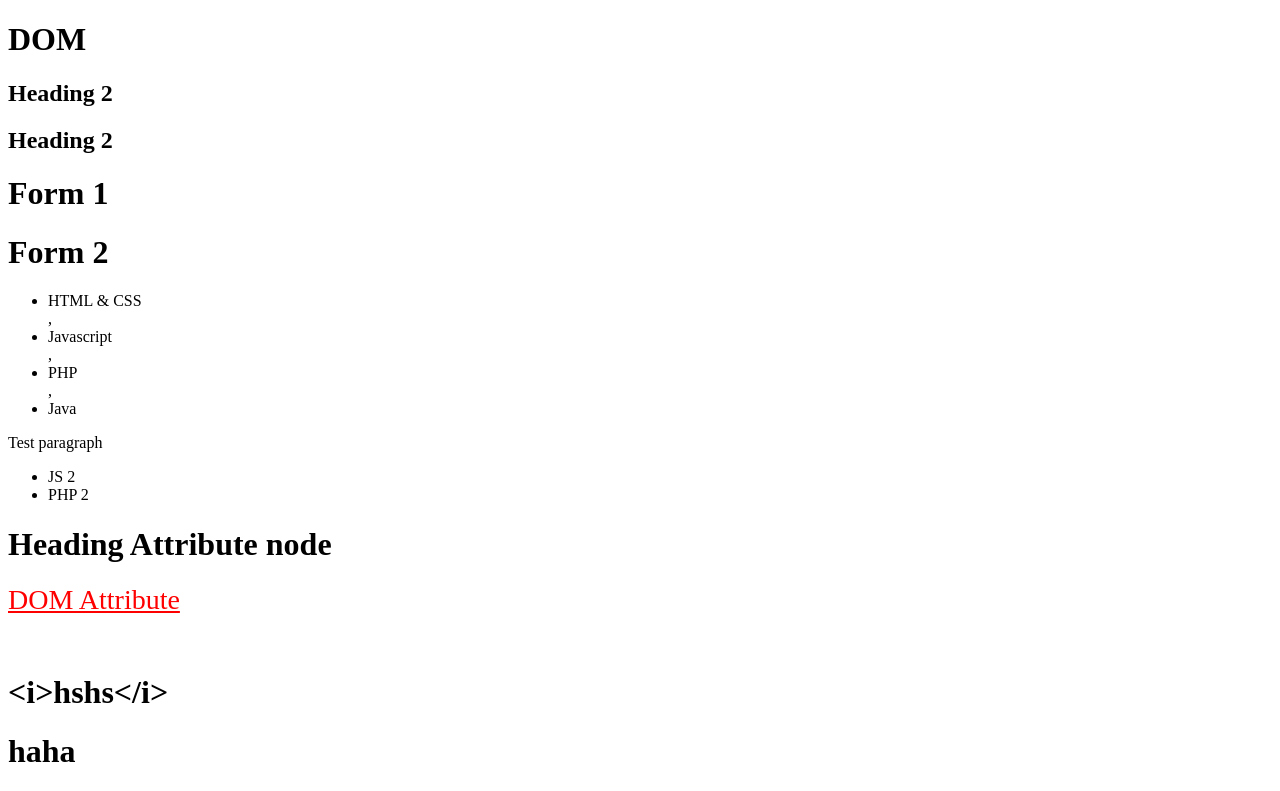
Repository: tannv3201/learn_JS_F8
Page: DOM/index.html
The author's editor kept a copy of each file at every save. The page is drawn from the files as they stood at one save, then again after the next save.
The browser window is 1280 px wide. The pictures show the whole page.

Above is the page before, as saved 2022-08-08 13:20:45.

### DOM/index.html
<!DOCTYPE html>
<html lang="en">

<head>
  <meta charset="UTF-8" />
  <meta http-equiv="X-UA-Compatible" content="IE=edge" />
  <meta name="viewport" content="width=device-width, initial-scale=1.0" />
  <title>DOM</title>
</head>

<body>
  <h1 id="heading">DOM</h1>
  <h2 class="sub-heading"></h2>
  <h2 class="sub-heading"></h2>
  <h2 class="sub-heading"></h2>
  <p></p>
  <p></p>
  <div class="box">
    <h2 class="heading-2">Heading 2</h2>
    <h2 class="heading-2">Heading 2</h2>
  </div>

  <form action="" id="form1">
    <h1>Form 1</h1>
  </form>
  <form action="" id="form2">
    <h1>Form 2</h1>
  </form>

  <a href="" name="youtube"></a>

  <div class="box-1">
    <ul>
      <li>JS 1</li>
      <li>PHP 1</li>
    </ul>
    <p>Test paragraph</p>
  </div>
  <div class="box-2">
    <ul>
      <li>JS 2</li>
      <li>PHP 2</li>
    </ul>
  </div>

  <div class="box-attr">
    <h1 id="heading-attr" class="heading-attr" title="Heading">
      Heading Attribute node
    </h1>
  </div>

  <a id="dom-attr" contenteditable="">
    DOM Attribute
  </a>

  <h1 class="heading-innertext">
    Heading Text
    <style>
      .boxx {
        width: 100px;
        height: 100px;
      }
    </style>
  </h1>

  <!-- innerHTML & outerHTML -->
  <div class="box-element">

  </div>
  <ul class="courses-list">

  </ul>
  <script src="./main.js"></script>
</body>

</html>

### DOM/main.js
/**
 * DOM:
  Là quy chuẩn mô tả mô hình của các thành phần trong tài liệu HTML được đưa ra bởi W3C.
 - DOM (Document Object Model) có 3 thành phần:
    1. Element
    2. Attribute
    3. Text
 */

/**
 * DOM API
 Là bộ API nằm trong Web API có mặt trên những môi trường hỗ trợ duyệt web - như trên trình duyệt. DOM API cung cấp các đối tượng và phương thức hỗ trợ truy xuất, chỉnh sửa các đối tượng / thành phần trong DOM.
 */

/**
 * JS cung cấp phương tiện truy xuất HTML DOM
 * JS: Brower | Server (NodeJS)
 * Brower: HTML -> DOM -> DOM API
 * API: Application Programming Interface
 */

/**
 * Document object
 */

// Get element methods
// ID
// var headingNode = document.getElementById('heading')
// console.log(headingNode)

// query selector
var headingNode = document.querySelector('.box .heading-2:nth-child(2)')
console.log('querySelector', headingNode)

var headingNodes = document.querySelectorAll('.heading-2')
console.log('querySelectorAll', headingNodes)
console.log('querySelectorAll[]',headingNodes[0])

// Collection (a, form, images, ...)
console.log('document.forms[\'form1\']',document.forms['form1'])
console.log('document.forms',document.forms)
console.log('document.forms.form2', document.forms.form2)
console.log('document.anchors',document.anchors) // trả về các thẻ a có attribute name=""


// class: lấy ra số nhiều (mảng)
var subHeadingNodes = document.getElementsByClassName('sub-heading')
console.log('getElementsByClassName', subHeadingNodes)

// tag : tương tự như class
var tagName = document.getElementsByTagName('p')
console.log(tagName)


// Ví dụ
var boxNode =
    document.querySelector('.box-1');
// Công việc 1: sử dụng `boxNode`
console.log(boxNode)

// Công việc 2: sử dụng tới các li element là con của `.box-1`
console.log(boxNode.querySelectorAll('li'))
console.log(boxNode.querySelector('p'))

// 1. getElementById: trả về trực tiếp Element
// 2. getElementsByClassName: trả về HTMLCollection (mảng), muốn get Element phải dùng index []
console.log('querySelectorAll[]',headingNodes[0])
// 3. getElementsByTagName: trả về HTMLCollection (mảng)
// 4. querySelector: trả về trực tiếp Element
// 5. querySelectorAll: trả về NodeList
// 6. HTML Collection (form, a, images, ...)
console.log('document.forms',document.forms)
console.log('document.forms[\'form1\']',document.forms['form1'])
console.log('document.forms[O]',document.forms[0])
console.log('document.forms.form2', document.forms.form2)

// 7. document.write: in ra ngay sau khi được thực thi

//*******************************************************************

// Attribute node & Text node
// Được lấy ra từ node Element

// ******************************************************************
// DOM attributes

// seter: set giá trị bằng toán tử gán
var domAttr = document.querySelector('#dom-attr')
domAttr.title = 'heading' //chỉ xuất hiện khi js được thực thi
domAttr.className = 'className'
domAttr.href = '#'
console.log(domAttr)

// Set attribute không hợp lệ cho một Element nào đó (set tùy biến)
// setAttribute(tên attr, giá trị của attr)
domAttr.setAttribute('alt', '#')

// get value của attribute
// Được thêm HTML hay JS element tồn tại trong DOM -> đều có thể get được
//
console.log(domAttr.getAttribute('id'))
console.log(domAttr.getAttribute('title'))
console.log(domAttr.title) // chỉ dùng khi attribute hợp lệ
domAttr.setAttribute('style','font-size:28px; color:red;')


// *****************************************************************
// InnerText vs textContent Property:

// innerText: là thuộc tính của ElementNode (phải đi qua Node này)
// innerText:
// Chỉ lấy ra những gì hiển thị trên trình duyệt
// dùng ES6 ``. các khoảng cách sẽ chuyển thành thẻ <br>
var headingElement = document.querySelector('.heading-innertext')
console.log('inner Text: ',headingElement.innerText)
// headingElement.innerText = 'New Heading'

// textContent
// Bỏ qua các tag nhưng vẫn Lấy ra khoảng cách thực sự của Element, kể cả là css
// dùng ES6 ``. vẫn hiển thị khoảng cách nhưng HTML không hiểu

console.log('text Content: ',headingElement.textContent)
 headingElement.innerText = `
 <i>hshs</i>`
console.log('inner Text: ',headingElement.innerText)


// ******************************************************************
// Thêm attributeNode, textNode, Element vào trong 1 Element trong DOM
// innerHTML & outerHTML là 2 thuộc tính của ElementNode
// InnerHTML
    var boxElement = document.querySelector('.box-element');
    boxElement.innerHTML = '<h1 style="color:red;">Đây là inner HTML</h1>' //Thêm trực tiếp dưới dạng ElementNode, bỏ tag đi sẽ thành textNode
    console.log(boxElement.querySelector('h1').innerText)

// OuterHTML

    // Bài tập
    var coursess = ['HTML & CSS', 'Javascript', 'PHP', 'Java']

    function render(courses) {
        const ul = document.querySelector('ul');
        const output = courses.map((items)=>{
            return `<li>${items}</li>`
        })
        // output.join('') có hoặc k đều được
        ul.innerHTML = output

    }
    render(coursess)

    // ****************************************
    // Node properties
    console.log(boxElement.baseURI)

    // *********************
// DOM Style
var boxElement2 = document.querySelector('.box-element');
boxElement2.innerHTML = '<h1>haha</h1>'
console.log(boxElement2)

After the next save:
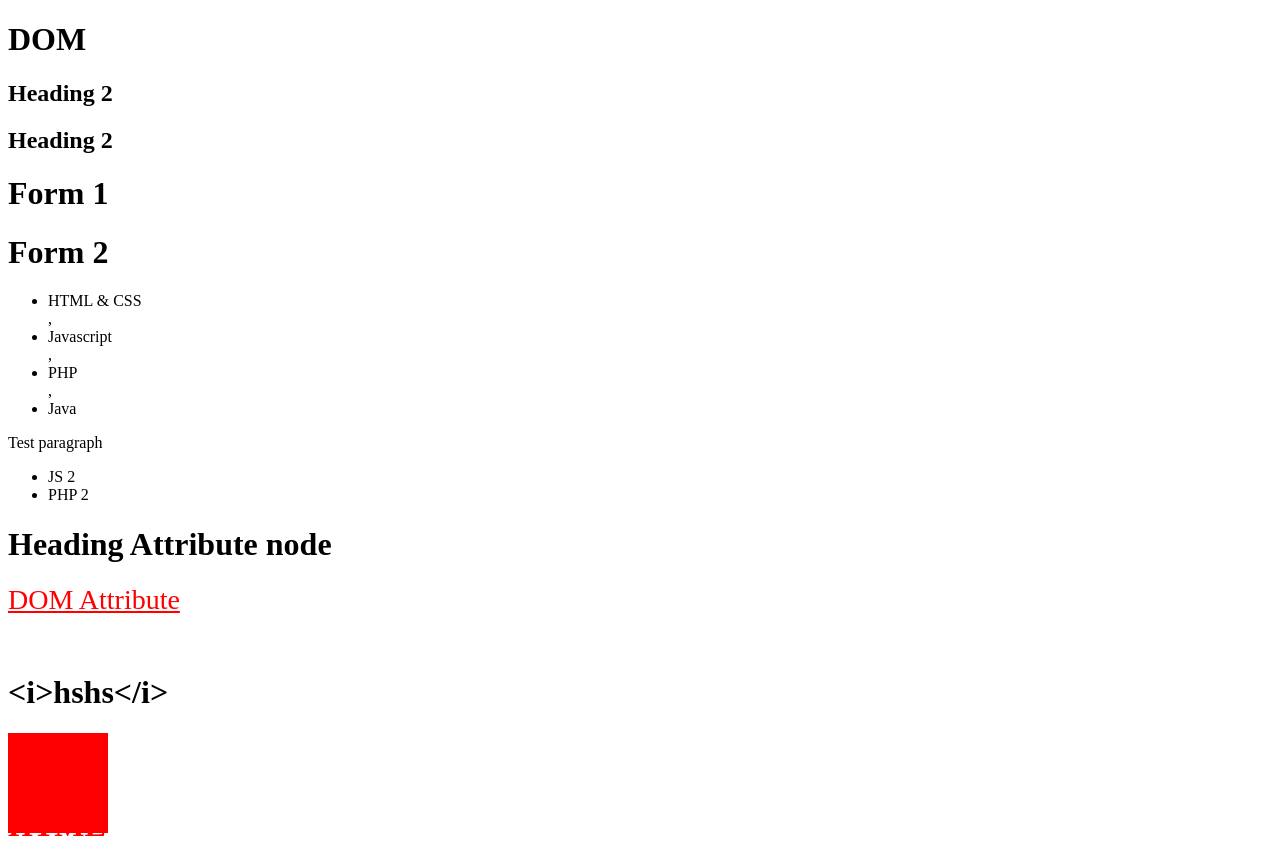
Saved 70 s later.
--- a/DOM/main.js
+++ b/DOM/main.js
@@ -156,5 +156,8 @@ console.log('inner Text: ',headingElement.innerText)
     // *********************
 // DOM Style
 var boxElement2 = document.querySelector('.box-element');
-boxElement2.innerHTML = '<h1>haha</h1>'
+boxElement2.style.width = '100px';
+boxElement2.style.height = '100px';
+boxElement2.style.backgroundColor = 'red';
+
 console.log(boxElement2)
